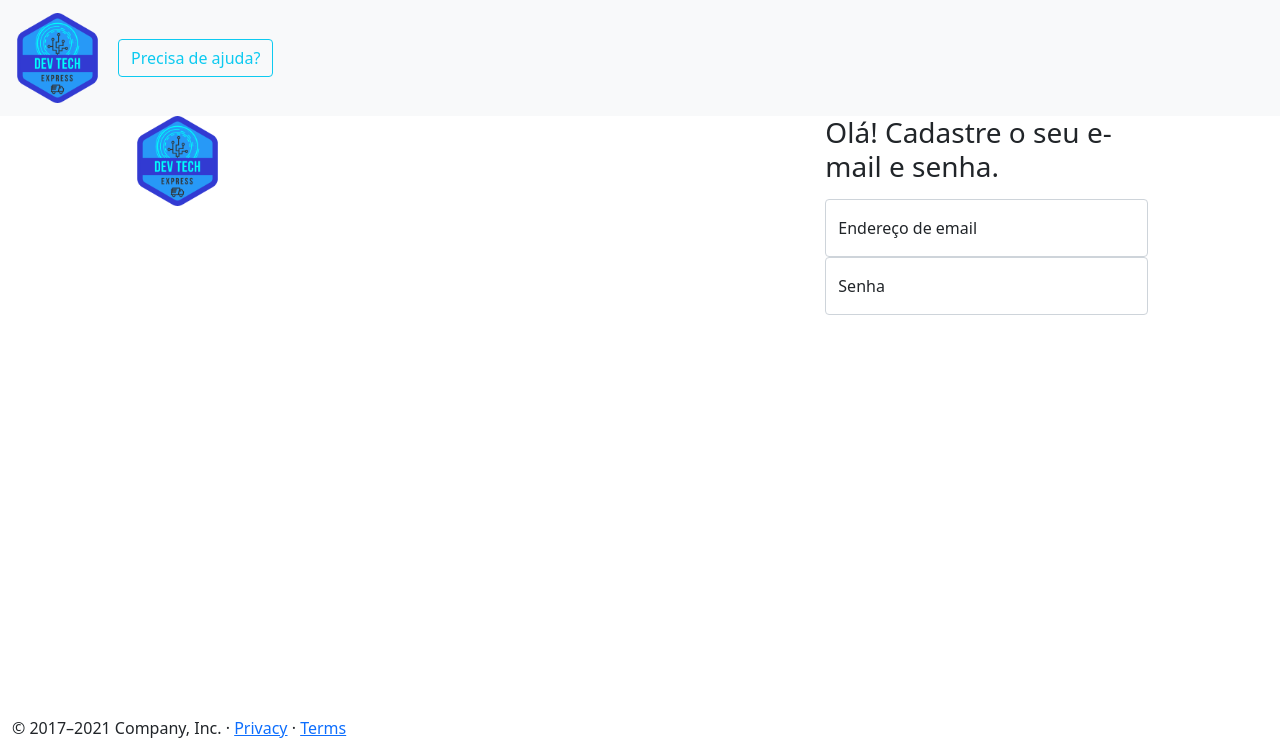
Repository: dantas-barreto/trabalho-interdisciplinar-IDW-IAP
Page: signin.html
The author's editor kept a copy of each file at every save. The page is drawn from the files as they stood at one save, then again after the next save.
The browser window is 1280 px wide. The pictures show the whole page.

Above is the page before, as saved 2021-11-15 22:55:20.

### signin.html
<!DOCTYPE html>
<html lang="pt-br">
  <head>
    <meta charset="utf-8" />
    <meta name="viewport" content="width=device-width, initial-scale=1.0" />
    <link
      rel="stylesheet"
      href="node_modules/bootstrap/dist/css/bootstrap.min.css"
    />
    <link rel="shortcut icon" href="img/favicon.ico" type="image/x-icon" />
    <title>Faça Login e comece suas Compras | DevTech Express</title>
  </head>
  <body>
    <nav class="navbar navbar-expand-lg navbar-light bg-light">
      <div class="container-fluid">
        <div class="navbar-brand">
          <a href="#">
            <img src="img/logo.png" width="90px" height="90px" />
          </a>
        </div>
        <button
          class="navbar-toggler"
          type="button"
          data-bs-toggle="collapse"
          data-bs-target="#navbarSupportedContent"
          aria-controls="navbarSupportedContent"
          aria-expanded="false"
          aria-label="Toggle navigation"
        >
          <span class="navbar-toggler-icon"></span>
        </button>
        <div class="collapse navbar-collapse" id="navbarSupportedContent">
          <ul class="navbar-nav me-auto mb-2 mb-lg-0">
            <li class="nav-item d-flex">
              <a class="btn btn-outline-info">Precisa de ajuda?</a>
            </li>
          </ul>
        </div>
      </div>
    </nav>

    <main>
      <div class="container" style="height: 37.5rem; width: 65rem">
        <div class="row">
          <div class="col-lg-8">
            <img
              src="img/logo.png"
              alt="Logo DevTech Express"
              height="90rem"
              width="90rem"
            />
          </div>
          <form class="col-lg-4">
            <h1 class="h3 mb-3 fw-normal">
              Olá! Cadastre o seu e-mail e senha.
            </h1>
            <div class="form-floating">
              <input
                type="email"
                class="form-control"
                id="floatingInput"
                placeholder="nome@exemplo.com"
              />
              <label for="floatingInput">Endereço de email</label>
            </div>
            <div class="form-floating">
              <input
                class="form-control"
                id="floatingPassword"
                placeholder="Senha"
              />
              <label for="floatingPassword">Senha</label>
            </div>
          </form>
        </div>
      </div>

      <footer class="container-fluid">
        <p>
          &copy; 2017–2021 Company, Inc. &middot;
          <a href="#">Privacy</a> &middot; <a href="#">Terms</a>
        </p>
      </footer>
    </main>

    <script src="node_modules/bootstrap/dist/js/bootstrap.bundle.min.js"></script>
  </body>
</html>

Loaded but not shown: node_modules/bootstrap/dist/css/bootstrap.min.css (library); node_modules/bootstrap/dist/js/bootstrap.bundle.min.js (library)

After the next save:
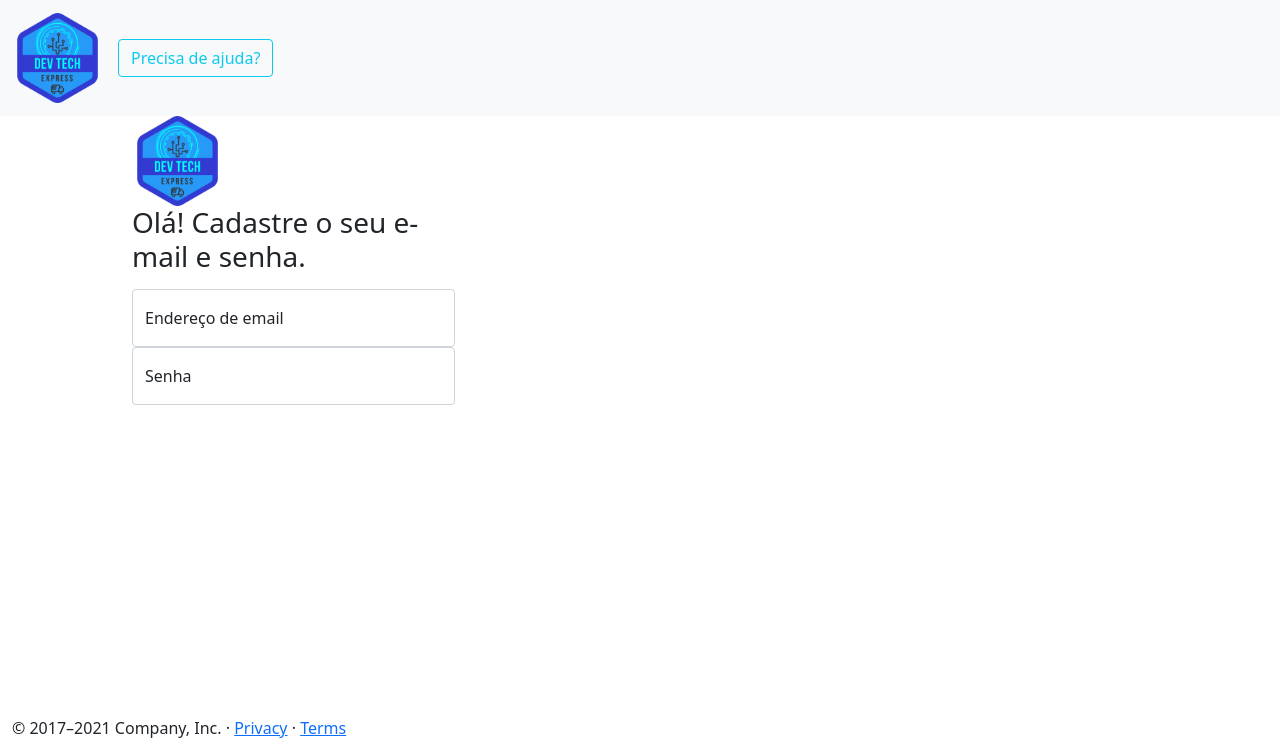
Saved 118 s later.
--- a/signin.html
+++ b/signin.html
@@ -41,7 +41,7 @@
 
     <main>
       <div class="container" style="height: 37.5rem; width: 65rem">
-        <div class="row">
+        <div class="row d-lg-block d-md-column">
           <div class="col-lg-8">
             <img
               src="img/logo.png"

After the save that followed:
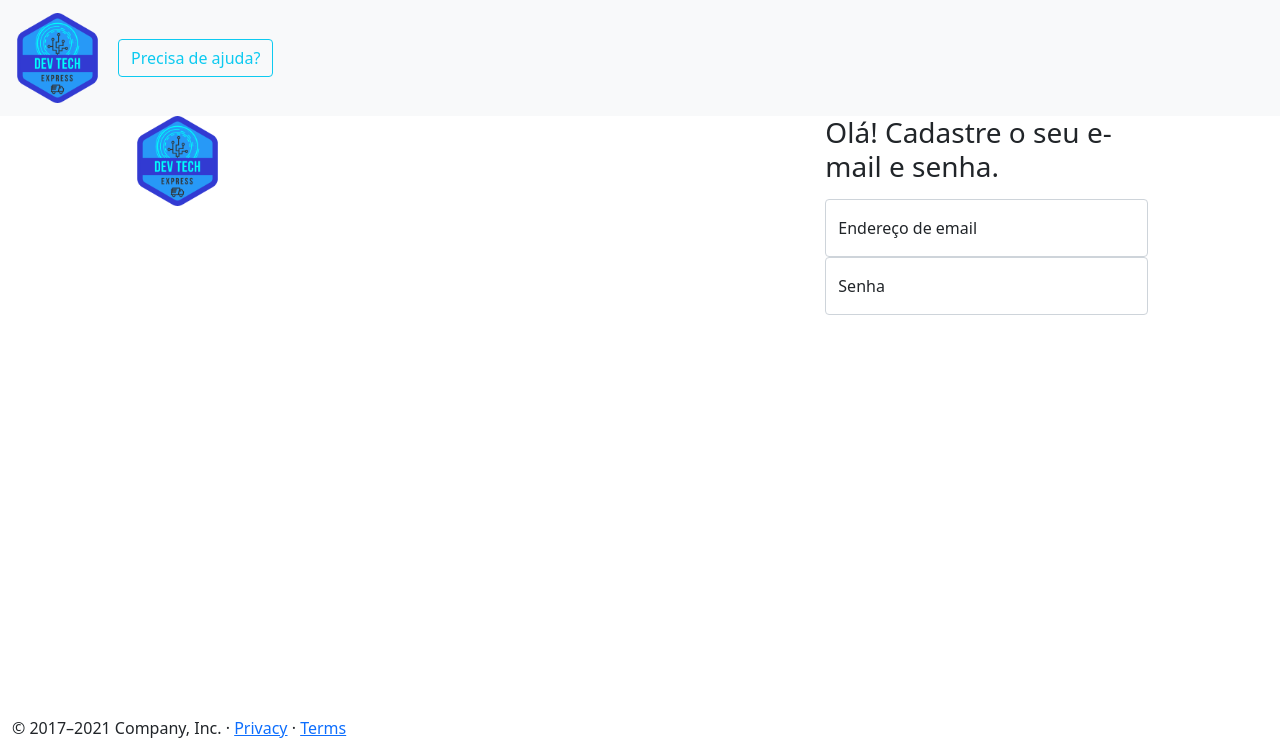
Saved 12 s later.
--- a/signin.html
+++ b/signin.html
@@ -41,7 +41,7 @@
 
     <main>
       <div class="container" style="height: 37.5rem; width: 65rem">
-        <div class="row d-lg-block d-md-column">
+        <div class="row d-lg-flex d-md-column">
           <div class="col-lg-8">
             <img
               src="img/logo.png"
